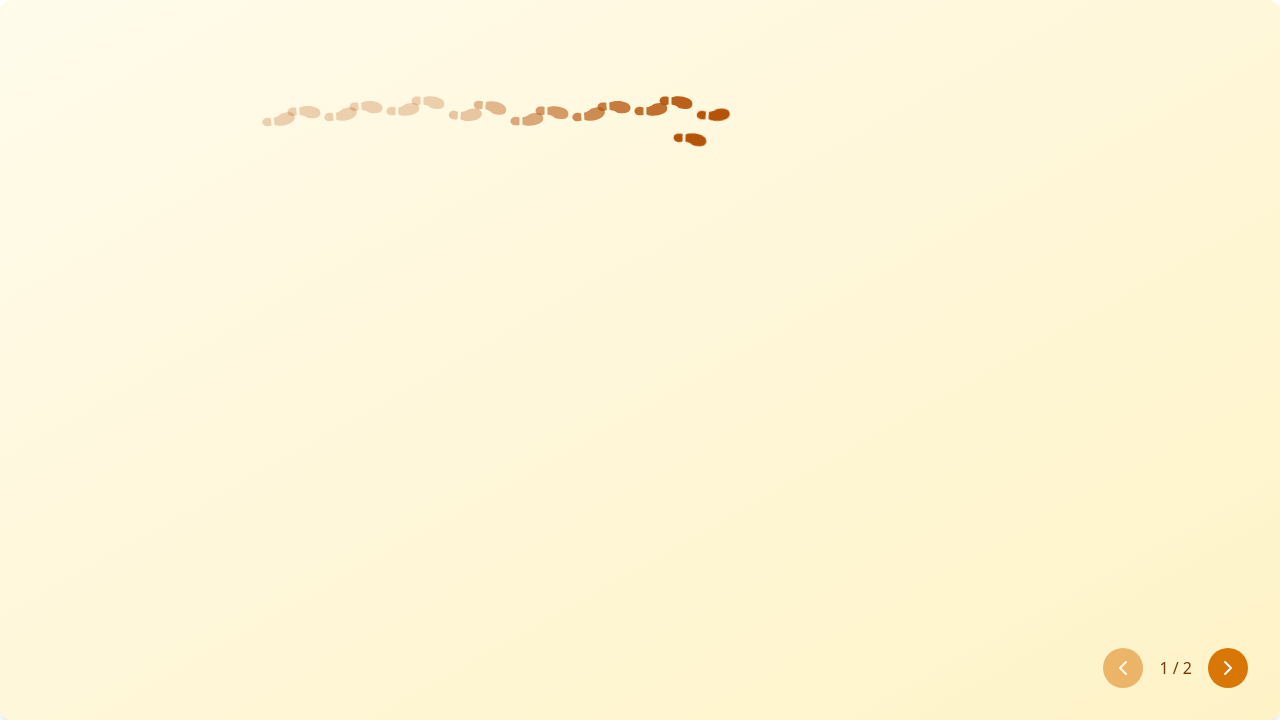
Repository: Galbaz1/dell_presentation
Page: /
An editor plug-in stored every save of this project. The page is shown before and after the next save, followed by the edit.
The browser window is 1280 px wide. The pictures show the whole page.
The project was rebuilt for these pictures with package versions that can differ from the ones it lists, and the page was loaded fresh each time. The framework's server and built-in components were replaced by stand-ins that run in the browser. Also part of the build but not shown: styles/animations/slide2.css, slides/Slide2.tsx.

Above is the page before, as saved 2024-11-11 15:48:49.

After the next save:
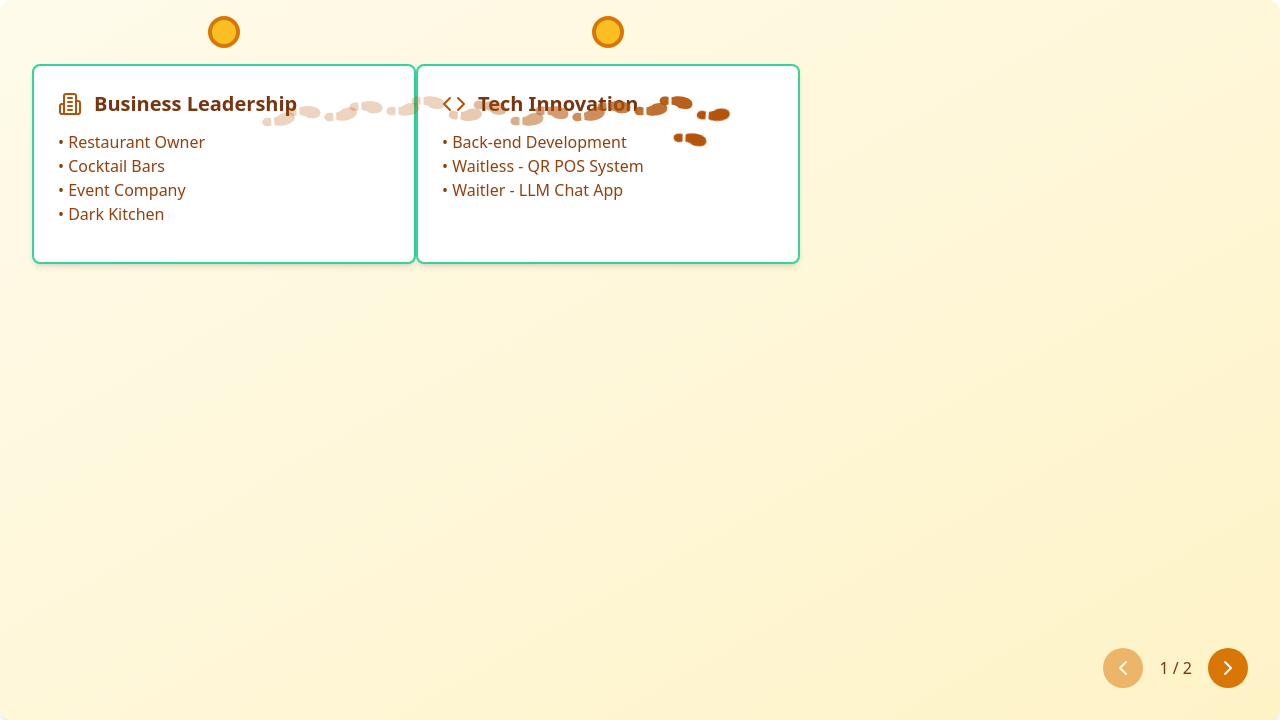
Saved 6 s later.
--- a/styles/animations/slide1.css
+++ b/styles/animations/slide1.css
@@ -31,13 +31,28 @@
 .fall-animation {
   opacity: 0;
   animation: fallIn 2s cubic-bezier(0.25, 0.46, 0.45, 0.94) forwards;
-  animation-delay: 2s;
+  animation-delay: 0.5s;
 }
 
 .fall-animation-delay-1 {
-  animation-delay: 6s;
+  animation-delay: 1s;
 }
 
 .fall-animation-delay-2 {
-  animation-delay: 11s;
+  animation-delay: 1.5s;
 }
+
+.footsteps-path {
+  stroke-dasharray: 10;
+  stroke-dashoffset: 1000;
+  animation: dotted-line 1.5s ease-in-out forwards;
+}
+
+@keyframes dotted-line {
+  0% {
+    stroke-dashoffset: 1000;
+  }
+  100% {
+    stroke-dashoffset: 0;
+  }
+}
